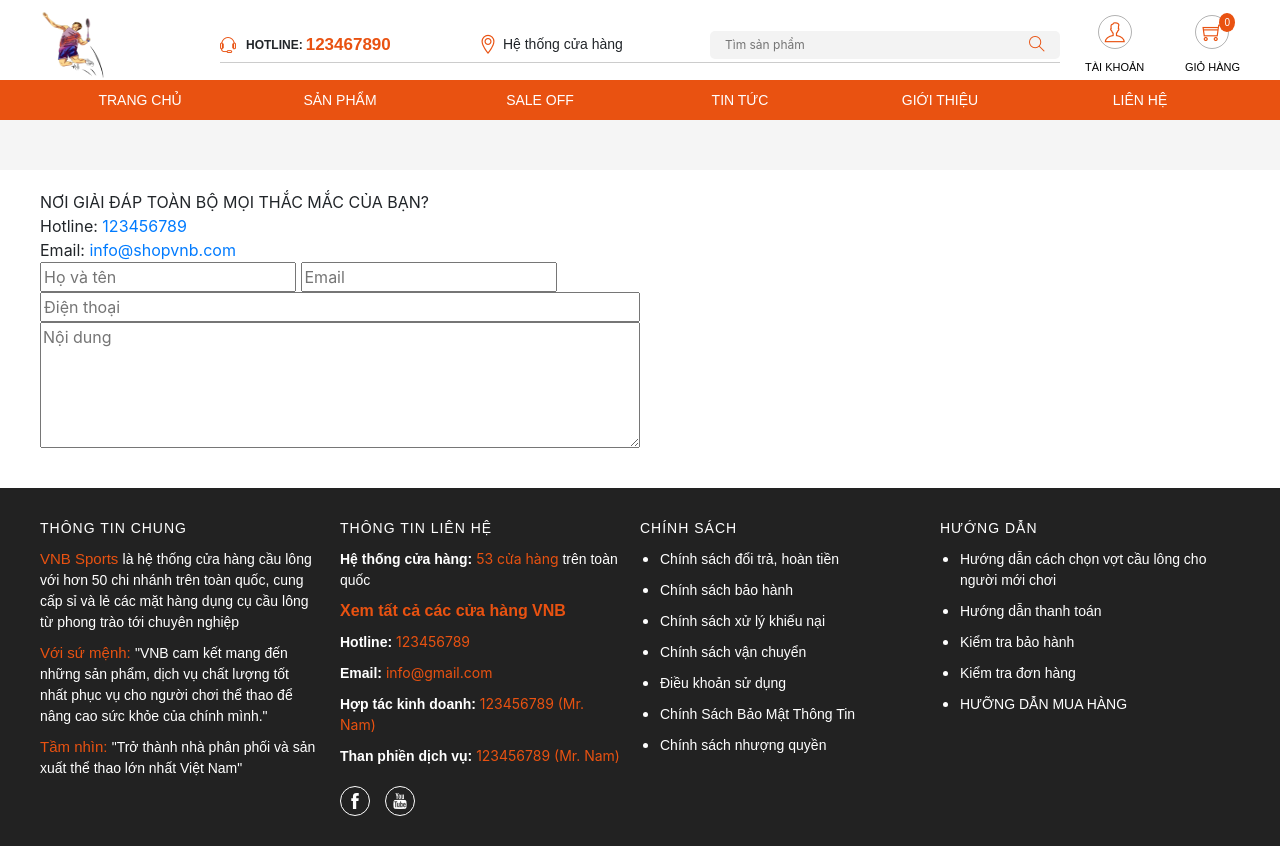
Repository: Namtran3107/CauLongSo1
Page: contact.html
These files come from the project's save history. The page is drawn as it stood at one moment and after the next save; the edit follows.
The browser window is 1280 px wide. The pictures show the whole page.

Above is the page before, as saved 2022-12-10 13:29:29.

After the next save:
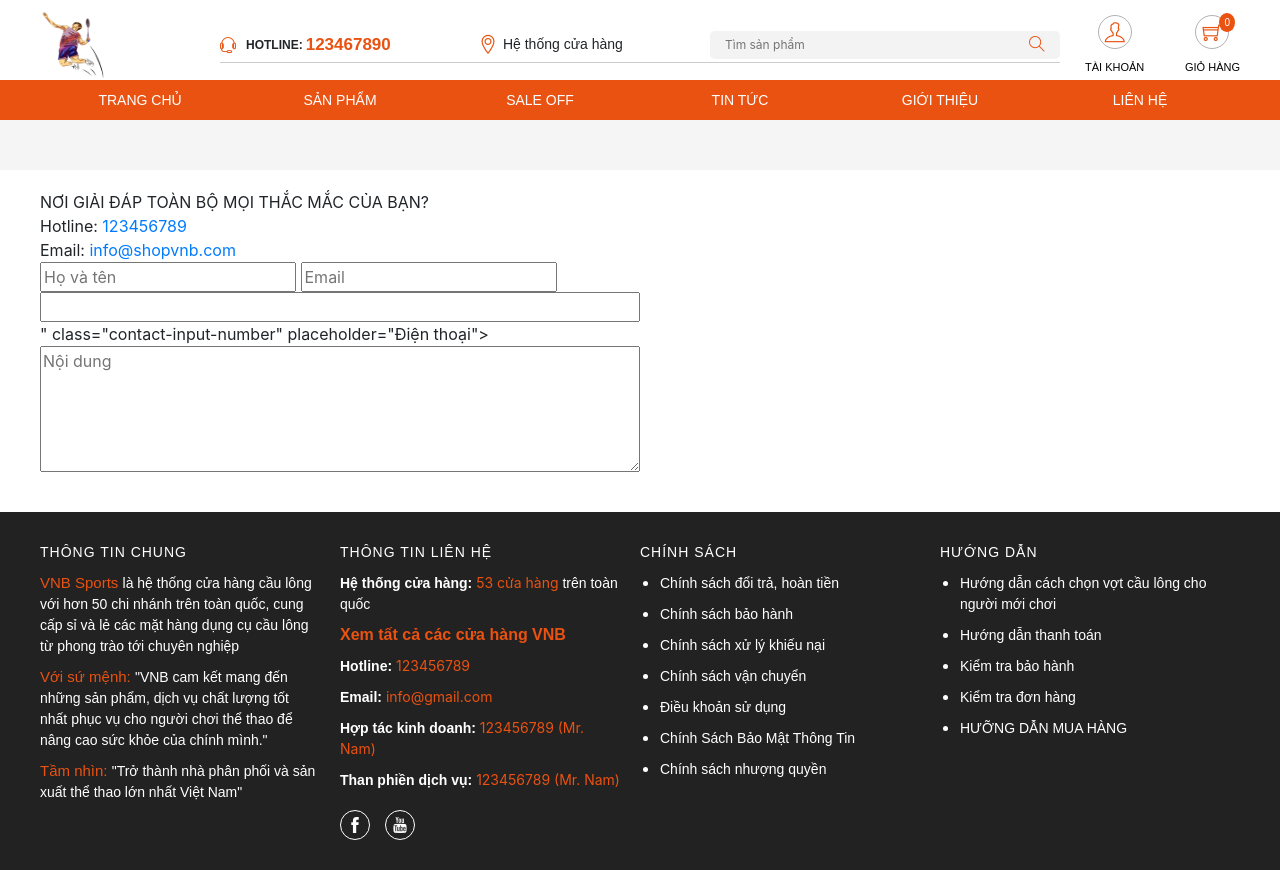
Saved 46 s later.
--- a/contact.html
+++ b/contact.html
@@ -133,7 +133,7 @@
                                     <input type="text" class="contact-input-name-and-email" placeholder="Họ và tên">
                                     <input type="email" class="contact-input-name-and-email" placeholder="Email">
                                 </div>
-                                <input type="number" class="contact-input-number" placeholder="Điện thoại">
+                                <input type="<i class="fa fa-phone" aria-hidden="true"></i>" class="contact-input-number" placeholder="Điện thoại">
                                 <textarea name="" id="" cols="100%" rows="5" placeholder="Nội dung"></textarea>
                             </div>
                         </div>

After the save that followed:
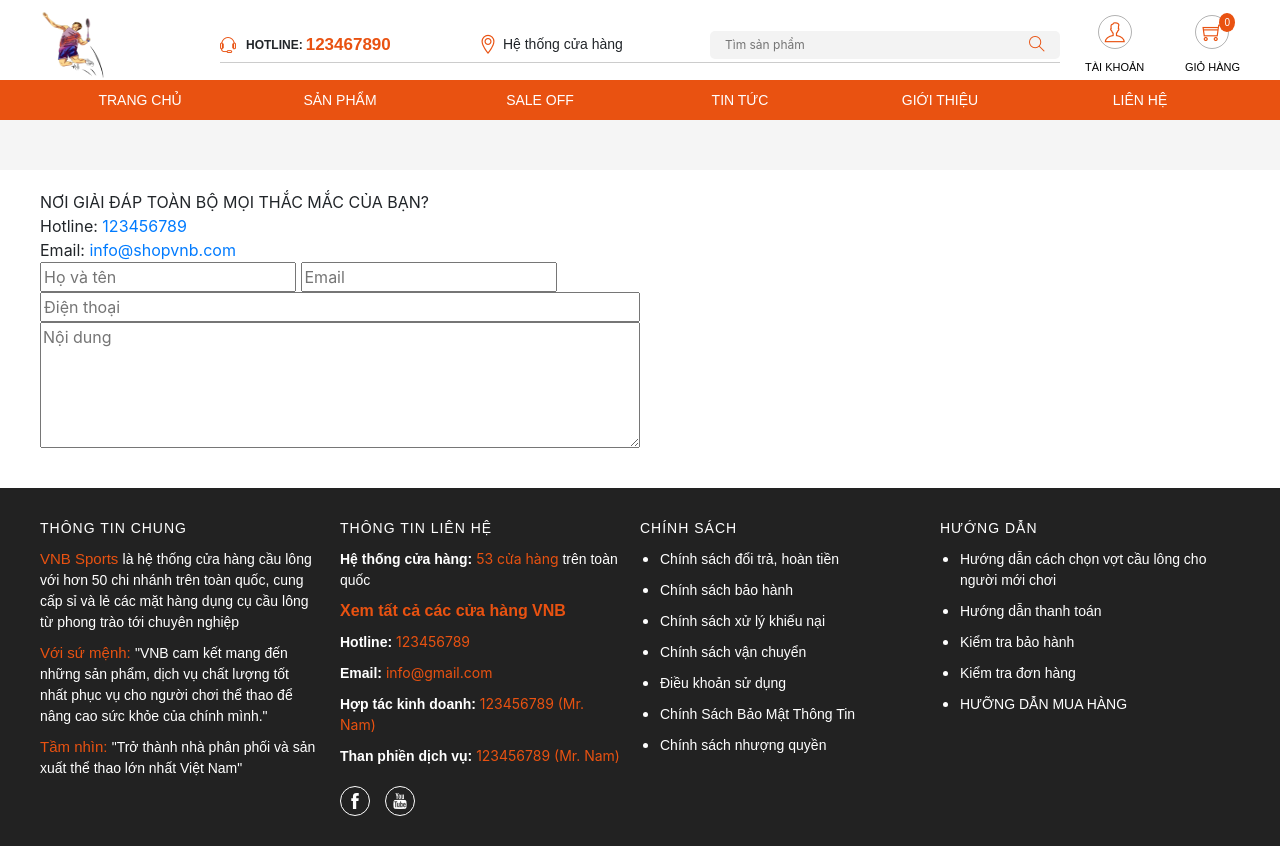
Saved 82 s later.
--- a/contact.html
+++ b/contact.html
@@ -133,7 +133,7 @@
                                     <input type="text" class="contact-input-name-and-email" placeholder="Họ và tên">
                                     <input type="email" class="contact-input-name-and-email" placeholder="Email">
                                 </div>
-                                <input type="<i class="fa fa-phone" aria-hidden="true"></i>" class="contact-input-number" placeholder="Điện thoại">
+                                <input type="tel" class="contact-input-number" placeholder="Điện thoại">
                                 <textarea name="" id="" cols="100%" rows="5" placeholder="Nội dung"></textarea>
                             </div>
                         </div>
